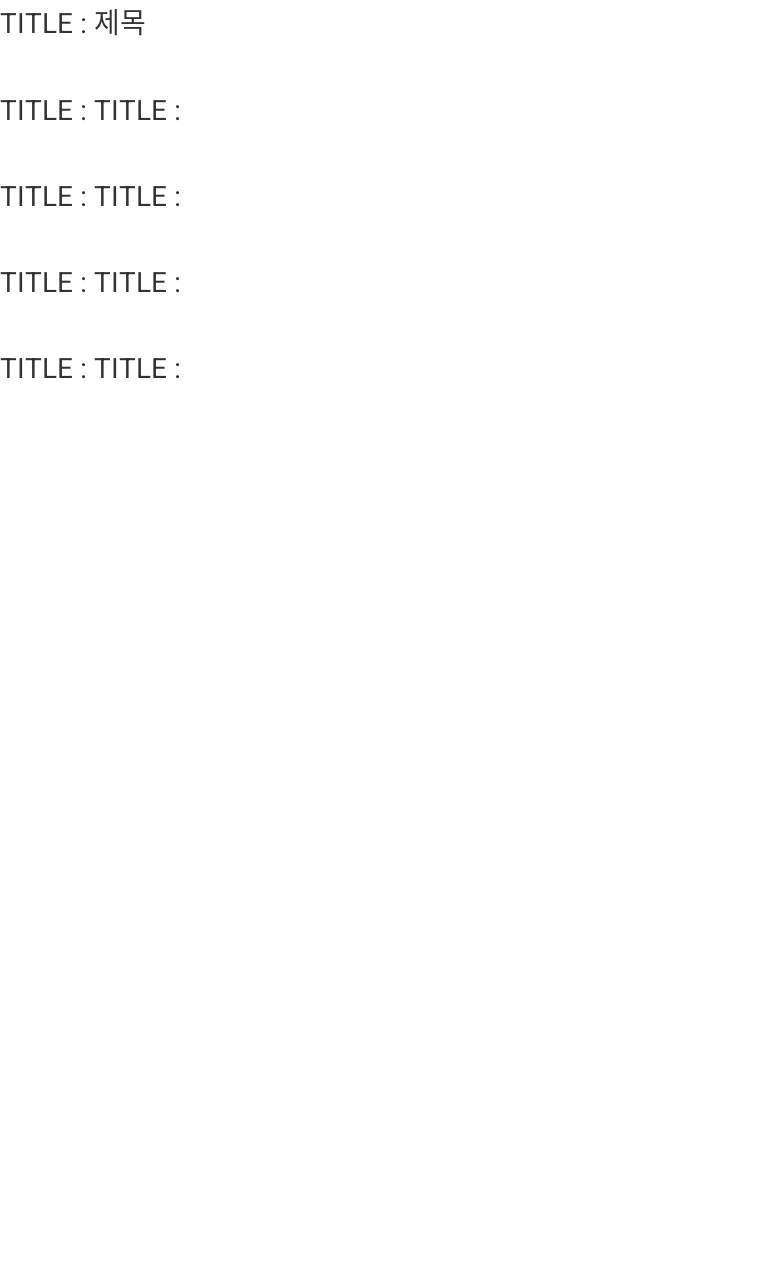
Repository: chlduq04/java
Layout: Culturemap/res/layout/detail.xml
These files come from the project's save history. The layout is drawn as it stood at one moment and after the next save; the edit follows.
It is drawn on a 768 x 1280 px phone screen (xhdpi) without system bars, with theme AppTheme; the app's code is not run.

Above is the layout before, as saved 2012-07-23 06:50:13.

After the next save:
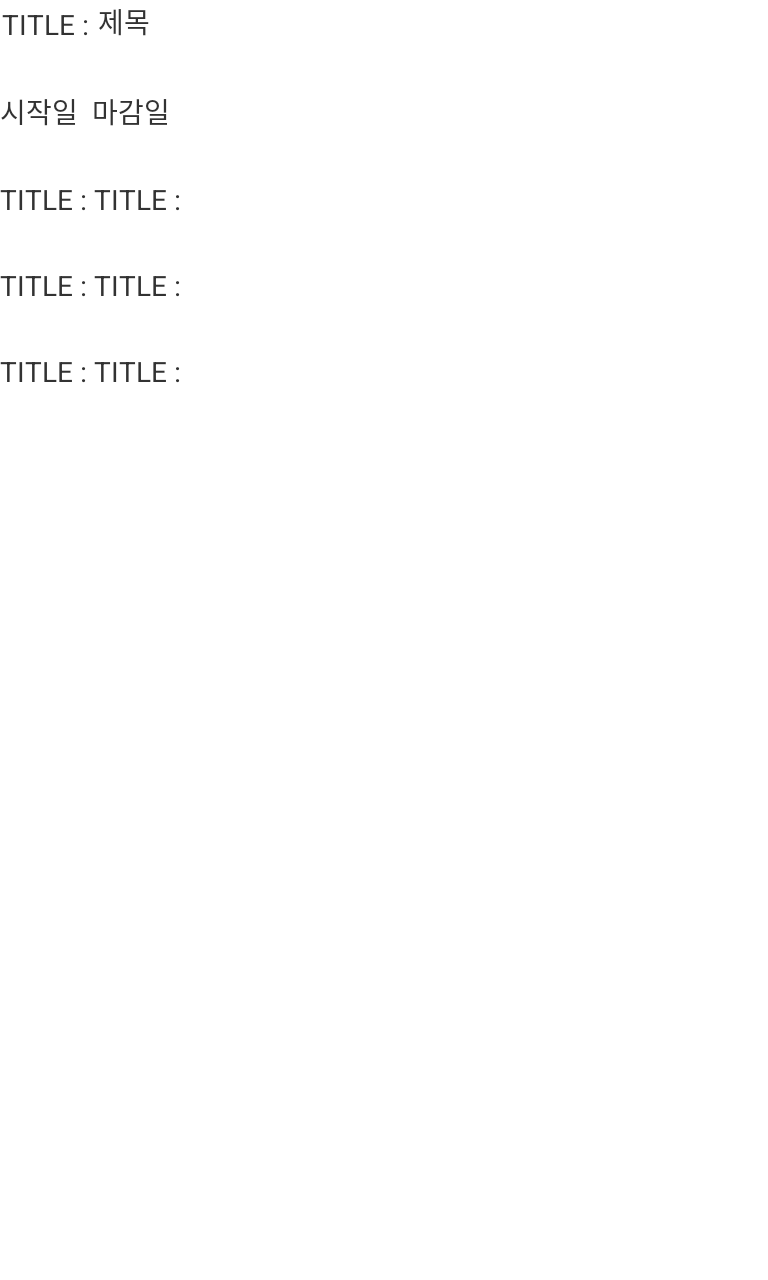
Saved 66 s later.
--- a/Culturemap/res/layout/detail.xml
+++ b/Culturemap/res/layout/detail.xml
@@ -15,6 +15,7 @@
             android:layout_height="wrap_content"
             android:layout_weight="1">
             <TextView
+                android:layout_margin="1dip"
                 android:layout_width="wrap_content"
                 android:layout_height="wrap_content"
                 android:text="TITLE : "
@@ -33,12 +34,12 @@
             <TextView
                 android:layout_width="wrap_content"
                 android:layout_height="wrap_content"
-                android:text="TITLE : "
+                android:text="시작일  "
                 ></TextView>
             <TextView
                 android:layout_width="wrap_content"
                 android:layout_height="wrap_content"
-                android:text="TITLE : "
+                android:text="마감일"
                 ></TextView>
 
         </LinearLayout>
